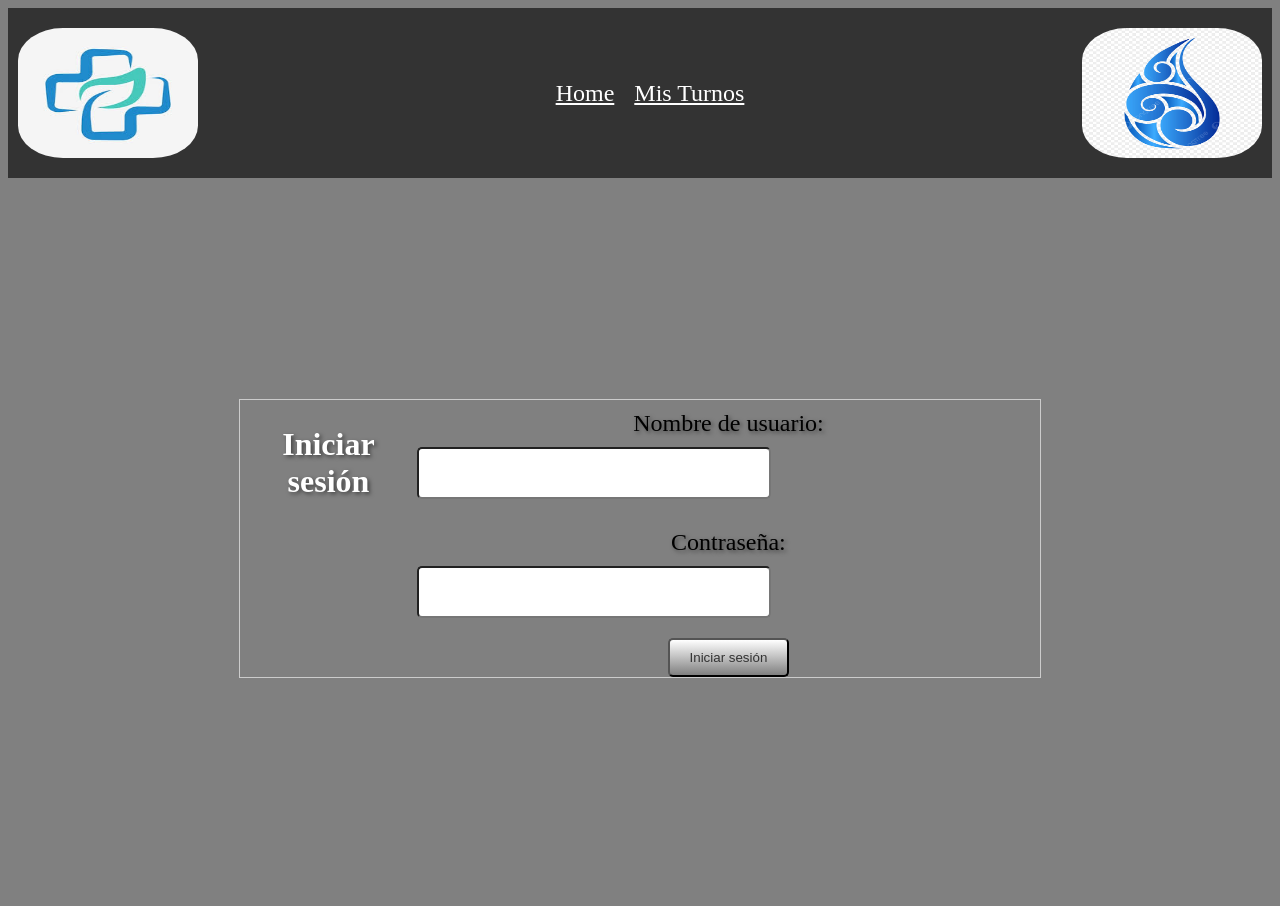
Repository: mauro8778/TurnoClinica
Page: / (app in front/vite-project/)
An editor plug-in stored every save of this project. The page is shown before and after a run of saves, followed by the edit.
The browser window is 1280 px wide. The pictures show the whole page.
The project was rebuilt for these pictures with package versions that can differ from the ones it lists, and the page was loaded fresh each time. Also part of the build but not shown: front/vite-project/vite.config.js, front/vite-project/src/views/home/home.jsx, front/vite-project/src/components/turno/turno.css, front/vite-project/src/components/turno/turno.jsx, front/vite-project/src/views/misTurnos/MisTurnos.css, front/vite-project/src/views/misTurnos/MisTurnos.jsx.

Above is the page before, as saved 2024-04-14 16:14:18.

### front/vite-project/src/main.jsx
import React from 'react'
import ReactDOM from 'react-dom/client'
import App from './App.jsx'
import {BrowserRouter} from "react-router-dom";


ReactDOM.createRoot(document.getElementById('root')).render(
  <React.StrictMode>
    <BrowserRouter>
    <App />
    </BrowserRouter>

  </React.StrictMode>,
)

### front/vite-project/src/App.jsx

import "./index.css"
import NavBar from "./components/NavBar/NavBar.jsx";
import Home from "./views/home/home.jsx"
import { Route, Routes, useLocation } from "react-router-dom";
import Login from "./views/Login/Login.jsx"
import MisTurnos from "./views/misTurnos/MisTurnos.jsx"

function App() {
  const location = useLocation();

  return (
  <div className="app">
    {location.pathname==="/"&&<NavBar/>}
  <Routes>
    <Route path="/"element={<Login/>}/>
    <Route path="/home" element={<Home/>}/>
    <Route path="/misTurnos" element={<MisTurnos/>}/>
  </Routes>

  </div>

  )
}

export default App

### front/vite-project/src/index.css
body{

  background-color: grey;
}

### front/vite-project/src/components/NavBar/NavBar.jsx

import  "./NavBar.css";
import hospital from "../../assets/hospital.jpg"
import logo from "../../assets/logo.jpg"
import {Link} from "react-router-dom"
const NavBar=()=>{

    return(
    <>

    <div className="navbar">
      <img src={hospital} alt="Imagen 1" className="left-image" />
      <ul className="nav-list">
        <Link className="li" to="/home">Home</Link>
        <br />
        <Link className="li" to="/MisTurnos">Mis Turnos</Link>
      </ul>
      <img src={logo} alt="Imagen 2" className="right-image" />
    </div>


    </>
    )
}
export default NavBar;

### front/vite-project/src/views/Login/Login.jsx
import { useState } from "react";
import axios from "axios"
import "./login.css";
import { useNavigate } from "react-router-dom";

const LoginForm = () => {

  const navigate = useNavigate();
  const [credentials, setCredentials] = useState({
    username: "",
    password: ""
  });

  const [error, setError] = useState("");

  const handleInputChange = (event) => {
    const { name, value } = event.target;
    setCredentials({
      ...credentials,
      [name]: value
    });
  };

  const handleFormSubmit = async (event) => {
    event.preventDefault();
    if (!credentials.username && !credentials.password) {
        setError("Faltan rellenar los campos de usuario y contraseña");
        return;
      }
      if (!credentials.username) {
        setError("Falta colocar el nombre de usuario");
        return;
      }
      if (!credentials.password) {
        setError("Falta colocar la contraseña");
        return;
      }
    try {
        const response = await axios.post("http://localhost:3000/users/loguin", credentials);
        if (response.status === 200) {
          alert("Inicio de sesión exitoso");
        } else {
          setError("Credenciales inválidas");
        }
    } catch (error) {
        if (error.response && error.response.status === 400) {
          setError("Usuario inexistente");
        } else if (error.response && error.response.status === 401) {
          setError("Contraseña incorrecta");
        } else {
          setError ("Error al iniciar sesión. Por favor, inténtalo de nuevo más tarde");
        }
    }
    navigate("/home")
};
  return (
    <div className="card-container">
    <div className="card">
      <h2>Iniciar sesión</h2>
      <form onSubmit={handleFormSubmit} className="form-container">
        <div className="input-container">
          <label htmlFor="username">Nombre de usuario:</label>
          <input
            type="text"
            id="username"
            name="username"
            value={credentials.username}
            onChange={handleInputChange}
          />
        </div>
        <div className="input-container">
          <label htmlFor="password">Contraseña:</label>
          <input
            type="password"
            id="password"
            name="password"
            value={credentials.password}
            onChange={handleInputChange}
          />
        </div>
        {error && <p className="error">{error}</p>}
        <button type="submit">Iniciar sesión</button>
      </form>
    </div>
  </div>
);
};

export default LoginForm;

### front/vite-project/src/components/NavBar/NavBar.css
.navbar {
  display: flex;
  justify-content: space-between;
  align-items: center;
  background-color: #333;
  padding: 10px;
  height: 150px;
}

.nav-list {
  list-style: none;
  display: flex;
  margin: 0;
  padding: 0;
}

.li {
  margin-left: 20px;
  color: white;
  font-size: 1.5rem;
}

.left-image,
.right-image {
  width: 180px;
  height: 130px;
  border-radius: 25%;
}

### front/vite-project/src/views/home/home.css
body{
  background-color: grey;
}
h1{
  text-align: center;
  font-size: 3rem;
  background-color: white;
  color: black;
  padding: 10px 20px;
  border: 2px solid black;
  text-shadow: 2px 2px 4px rgba(0, 0, 0, 0.5);
}
.container {

    width: 33%;
    float: left;
  text-align: center;
  align-items: center;
}
.container-dos{

  width: 65%;
  float: right;
text-align: center;
align-items: center;
}
.container-ul {
  list-style: none;
  padding: 0;
}
h3{
  text-align: center;
  text-shadow: 2px 2px 4px rgba(0, 0, 0, 0.5);
  color: white;
  font-size: 2rem;
  margin: 1rem,2rem;

}
h2{
  text-align: center;
  text-shadow: 2px 2px 4px rgba(0, 0, 0, 0.5);
  color: white;
  font-size: 2rem;
  margin: 1rem,2rem;

}
p{
  text-align: center;
  text-shadow: 2px 2px 4px rgba(0, 0, 0, 0.5);
  color: white;
  font-size: 1.5rem;
  margin: 1rem,2rem;

}

.container-li {
  border: 1px solid black;
  padding: 1rem;
  margin-bottom: 1rem;
  background-color: white;
  transition: background-color 0.3s ease;
  border-radius: 8px;
  text-shadow: 2px 2px 4px rgba(0, 0, 0, 0.5);
  font-size: 1.5rem;
  list-style: none;
}

.container-li:hover {
  background: linear-gradient(to bottom, #b3e0ff, #b3b3b3); /* Cambia el fondo al pasar el cursor sobre el elemento */
}

### front/vite-project/src/views/Login/login.css
.card-container {
  display: flex;
  justify-content: center;
  align-items: center;
  height: 100vh;
}
.centered{
  text-align: center;
  font-size: 3rem;
  color: black;
  padding: 10px 20px;
  text-shadow: 2px 2px 4px rgba(0, 0, 0, 0.5);
}
label{
  text-align: center;
  font-size: 1.5rem;
  color: black;
  padding: 10px 20px;
  border-radius: 5px;
  text-shadow: 2px 2px 4px rgba(0, 0, 0, 0.5);
  display: flex;
  justify-content: center;

}
input{
  text-align: right;
  font-size: 1.5rem;
  color: black;
  padding: 10px 20px;
  border-radius: 5px;
  text-shadow: 2px 2px 4px rgba(0, 0, 0, 0.5);
}

.card {
  display: flex;
  border: 1px solid #ccc;
  width: 80%;
  max-width: 800px;
}

.left-column,
.right-column {
  flex: 1;
  padding: 20px;
  background: linear-gradient(white,grey) ;
  display: flex;
  justify-content: center;
  align-items: center;
}

.left-column {
  border-right: 1px solid #ccc;
  background: linear-gradient(white,grey);
  display: flex;
  justify-content: center;
  align-items: center;
}

.right-column {
  display: flex;
  flex-direction: column;
  align-items: center;
  padding: 20px; }

.right-column h2 {
  margin-bottom: 20px;
}

.form-container {
  width: 80%;
  text-align: center;
}

.input-container {
  width: 100%;
  margin-bottom: 20px;
  text-align: left;
}

.error {
  color: red;
  text-align: center;
}

.button-container {
  margin: 0 5px;
}


.botones{
  display: flex;
  justify-content: space-between;
  align-items: center;
}
button {
  padding: 10px 20px;
  background: linear-gradient(white, grey);
  transition: background-color 0.3s ease;
  text-decoration: none;
  color: #333;
  border-radius: 5px;
}
button:hover {
  background-color: rgba(0, 0, 0, 0.1);
}
.Links {
  padding: 10px 20px;
  background: linear-gradient(white, grey);
  transition: background-color 0.3s ease;
  text-decoration: none;
  color: #333;
  border-radius: 5px;
}
.Links:hover {
  background-color: rgba(0, 0, 0, 0.1);
}

Loaded but not shown: front/vite-project/index.html (common file)

After the next 2 saves:
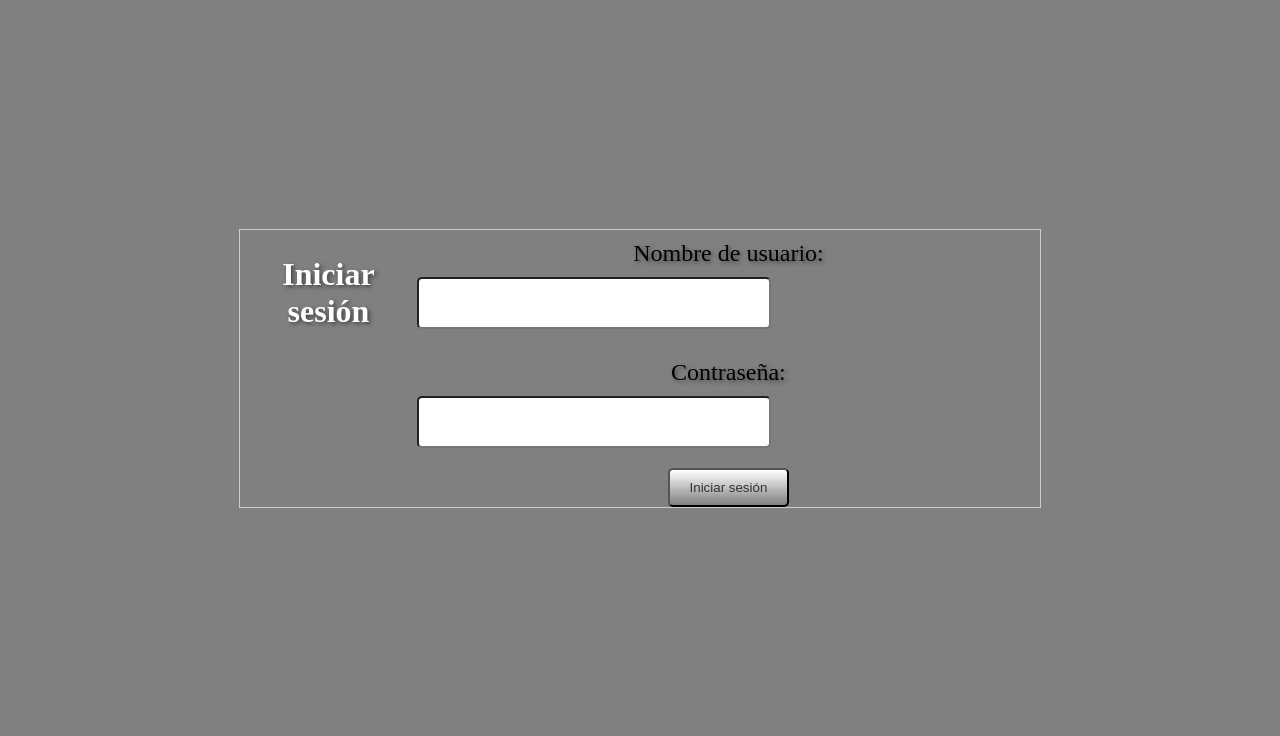
The 2 saves are shown as one change because 1 did not build or start.
The last was saved 37 s later.
--- a/front/vite-project/src/App.jsx
+++ b/front/vite-project/src/App.jsx
@@ -11,7 +11,7 @@ function App() {
 
   return (
   <div className="app">
-    {location.pathname==="/"&&<NavBar/>}
+    {location.pathname==="/" ? null:<NavBar/>}
   <Routes>
     <Route path="/"element={<Login/>}/>
     <Route path="/home" element={<Home/>}/>
